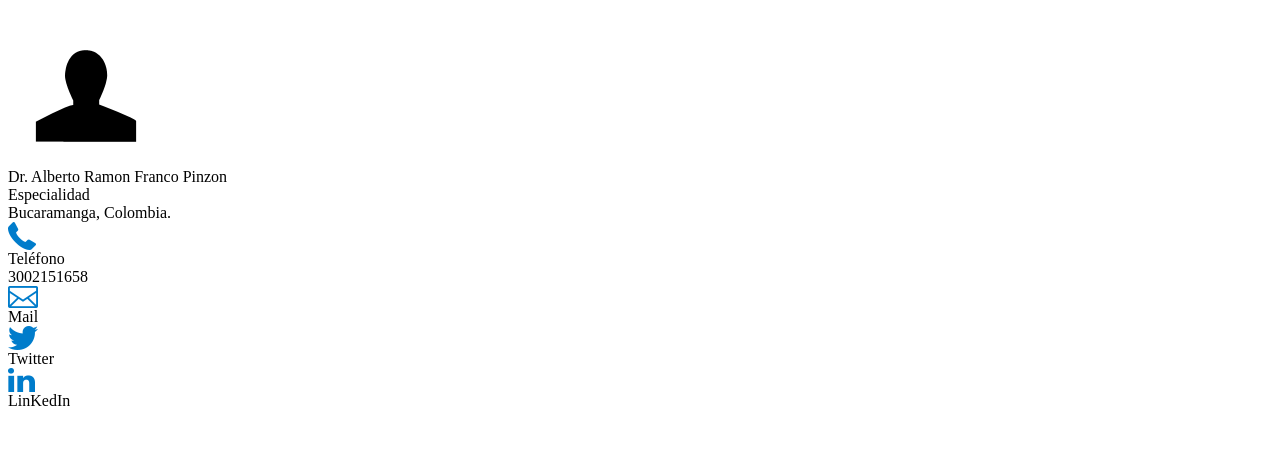
Repository: pacoigloo/Anexia
Page: detalle-medico.html
The author's editor kept a record of every edit. The page is drawn from the files as they stood at one moment, then again after the next edit.
The browser window is 1280 px wide. The pictures show the whole page.

Above is the page before.

### detalle-medico.html
<div class="conferencista-header">
    <img src="img/img-barnabe.png" alt="Barnabe Lourdel"/>
    <div>
        <div>Dr. Alberto Ramon Franco Pinzon</div>
        <div>Especialidad</div>
        <div>Bucaramanga, Colombia.</div>
    </div>
</div>
<!--<div class="conferencista-texto">Lorem ipsum dolor sit amet, consectetur adipiscing elit. Nunc urna sem, finibus nec condimentum vitae, commodo in nulla. Vivamus sit amet metus ultricies, dictum metus ut, pretium neque. Pellentesque efficitur ex justo, sit amet vulputate nulla blandit aliquet. Class aptent taciti sociosqu ad litora torquent per conubia nosttra, per inceptos himenaeos. Nam in pretium massa.</div>-->
<div id="detalle-contacto">
    <div class="detalle-metodo">
        <img src="img/telefonin.png" alt="telefono"/>
        <div>Teléfono</div>
        <div>3002151658</div>
    </div>
    <div class="detalle-metodo">
        <img src="img/correo.png" alt="mail"/>
        <div>Mail</div>
    </div>
    <div class="detalle-metodo">
        <img src="img/twitter.png" alt="twitter"/>
        <div>Twitter</div>
    </div>
    <div class="detalle-metodo">
        <img src="img/linkedin.png" alt="linkedin"/>
        <div>LinKedIn</div>
    </div>
</div>

After the next edit:
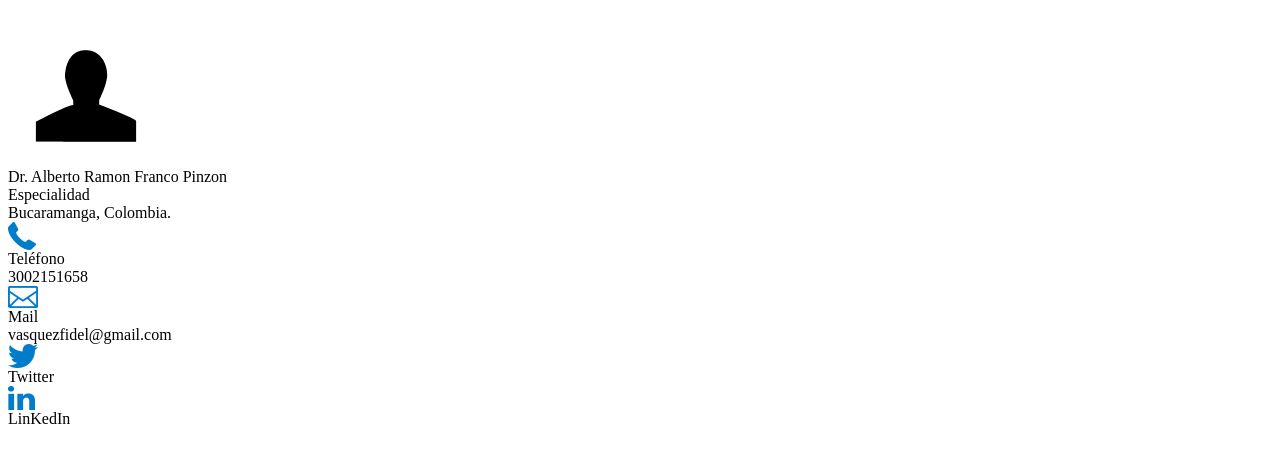
The edit:
--- a/detalle-medico.html
+++ b/detalle-medico.html
@@ -16,6 +16,7 @@
     <div class="detalle-metodo">
         <img src="img/correo.png" alt="mail"/>
         <div>Mail</div>
+        <div>vasquezfidel@gmail.com</div>
     </div>
     <div class="detalle-metodo">
         <img src="img/twitter.png" alt="twitter"/>
